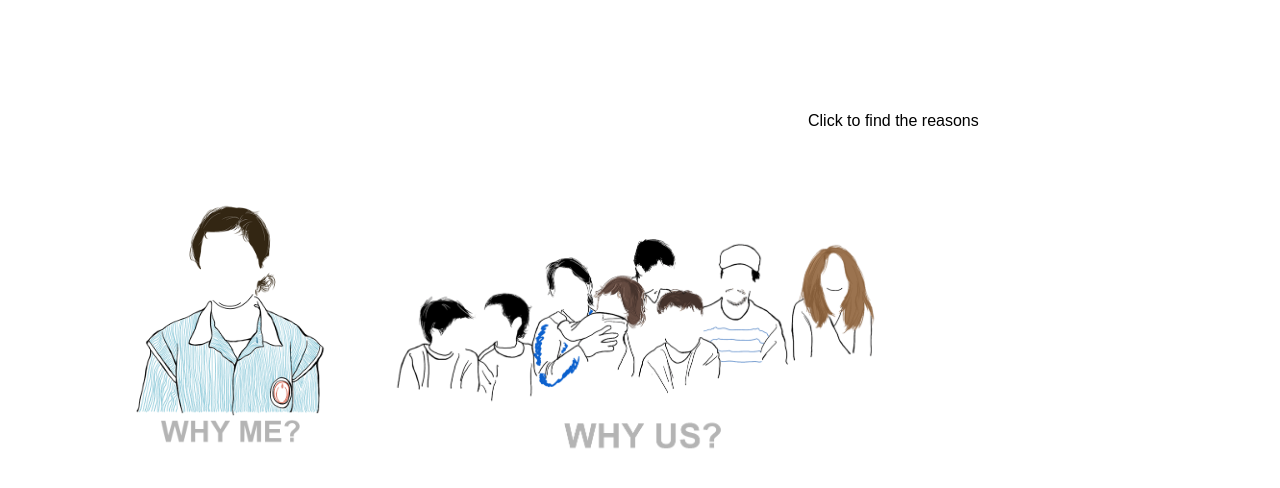
Repository: Lettie123/webpr4
Page: 04.html
The author's editor kept a copy of each file at every save. The page is drawn from the files as they stood at one save, then again after the next save.
The browser window is 1280 px wide. The pictures show the whole page.

Above is the page before, as saved 2020-11-24 00:02:34.

After the next save:
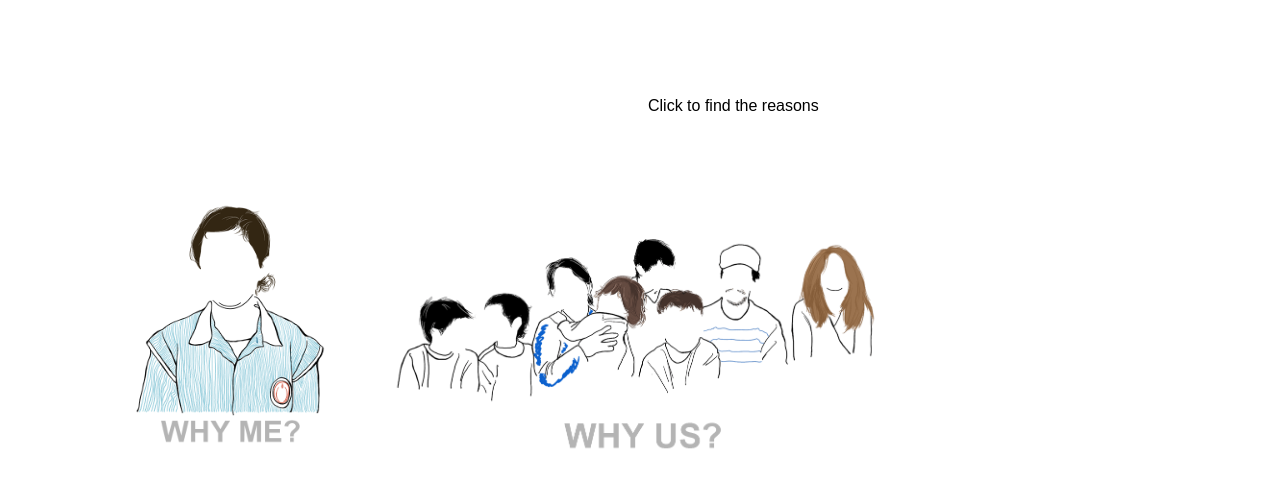
Saved 10 s later.
--- a/04.html
+++ b/04.html
@@ -21,7 +21,7 @@
         </div>
 
         <div id="txt">
-            <div id="t1" style= "position:absolute; top: 30%; left: 50%;">
+            <div id="t1" style= "position:absolute; top: 25%; left: 40%;">
             <h1 style="font-size:16px; font-weight: normal; line-height: 24px;">
                 Click to find the reasons
             </h1>
